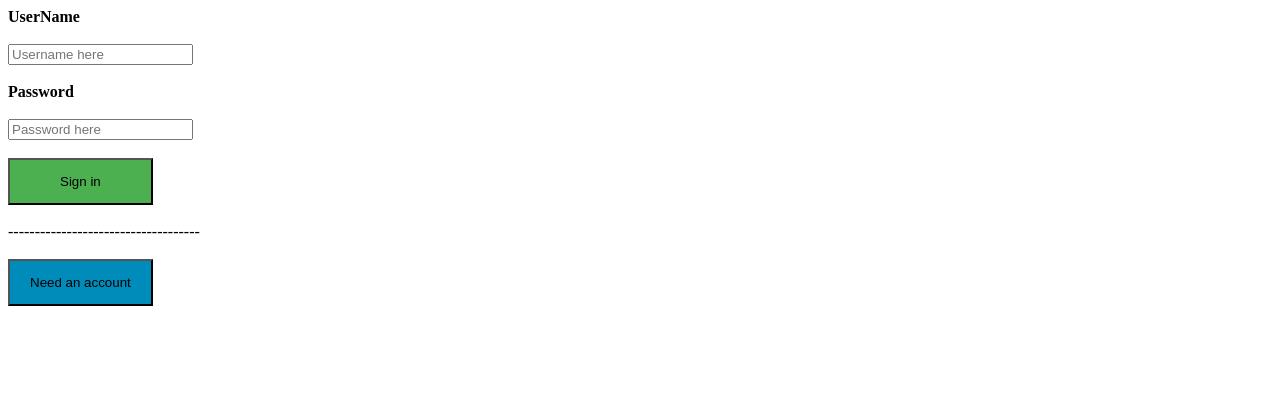
Repository: hamshini/demopro
Page: wippro/Application/WebContent/signin.html
The author's editor kept a copy of each file at every save. The page is drawn from the files as they stood at one save, then again after the next save.
The browser window is 1280 px wide. The pictures show the whole page.

Above is the page before, as saved 2018-01-06 05:48:02.

After the next save:
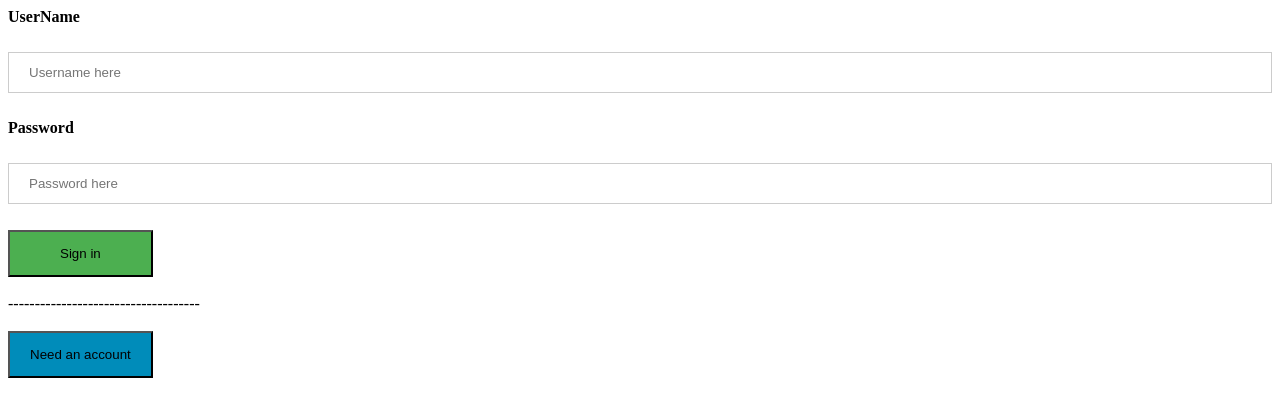
Saved 8 s later.
--- a/wippro/Application/WebContent/signin.html
+++ b/wippro/Application/WebContent/signin.html
@@ -5,6 +5,15 @@
 <title>Insert title here</title>
 </head>
 <style>
+input[type=text], input[type=password] {
+    width: 100%;
+    padding: 12px 20px;
+    margin: 8px 0;
+    display: inline-block;
+    border: 1px solid #ccc;
+    box-sizing: border-box;
+}
+
 .needacc {
 	padding: 14px 20px;
 	background-color: #008CBA;
